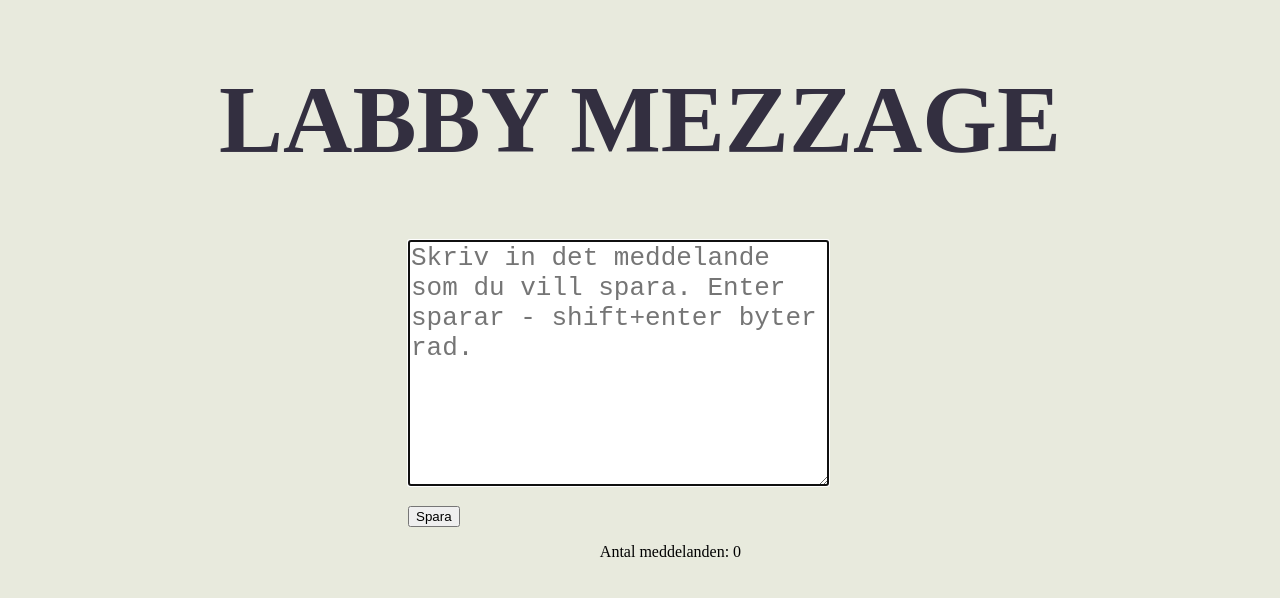
Repository: em222mt/1dv403-laborationer
Page: 2-labbymezzage/Index.html
The author's editor kept a record of every edit. The page is drawn from the files as they stood at one moment, then again after the next edit.
The browser window is 1280 px wide. The pictures show the whole page.

Above is the page before.

### 2-labbymezzage/Index.html
<!DOCTYPE html>
<html lang="sv">
<head>
	<meta charset="UTF-8" />
 	<title>Labby Mezzage</title>
    <link rel="stylesheet" href="css/style.css">
</head>
    <body>
        <header id="header">
            <h1>LABBY MEZZAGE</h1>
        </header>

        <main>
            <div id="container">
                <section id="mainsection">
            		<form action="post" name="form">
                        <textarea id="formtext" cols="25" rows="8"></textarea>
                        <p id="value"></p>
                        <input id="send" type="button" value="Spara" />
                    </form>
                </section>
            </div>

            <div id="container2">
                <aside id="messagearea">

                </aside>
            </div>
            <div id="counterDiv">
                <p id="counter"></p>
            </div>
        </main>

    	<script src="js/Message.js"></script>
    	<script src="js/MessageBoard.js"></script>

    </body>
</html>

### 2-labbymezzage/css/style.css
/*Layout*/

article, aside, details, figcaption, figure,
footer, header, hgroup, main, menu, nav{

    background-color: #E8EADD;
}

/*Container*/

h1 {
    font-weight: bold;
    text-align: center;
    color: #332F40;
    font-size: 6em;
    /*font-family: Comic Sans, Comic Sans MS, cursive;*/
}

#header {
    font-family: 'Concert One', cursive;
}

body{
    background-color: #E8EADD;
}

#messagearea {
    float: left;
    background-color: white;
    width: 450px;
    /*min-height: auto;*/
}

form{
    max-width: 50%;
}
#mainsection{
    max-width: 50%;
    margin: 0px 0px 0px 400px;
}
#container{
    float: left;
    width: 50%;
    height: 100%;
}
#container2{
    float: left;
    width: 50%;
}

#formtext{
    font-size: 2em;
}

.messageContainer{
    width: 98%;
    float: left;
    background-color: #A8C4B4;
    border: 1px solid black;
    margin: 3px 3px 3px 3px;
}

.textContainer{
    width: 85%;
    float: left;
    font-size: 1.2em;
}

.time{
    text-indent: 13px;
}

.detailsContainer{
    width: 15%;
    float: left;
    text-indent: 8px;
    font-size: 0.8em;
    margin-top: 10px;
}
.input{
    max-width: 85%;
    word-break: break-all;
    margin-left: 10px;
}

img{
    margin-right: 5px;
    width:24px;
    height:24px;
}

#counterDiv{
    float: right;
    margin-right: 42%;
}

### 2-labbymezzage/js/Message.js
'use strict';
// Konstruktorfunktion för att skapa ett meddelandeobjekt.
function Message(message, date){

    this.getText = function(){
        return message;
    };

    this.setText = function(_text){
        message = _text;
    };

    this.getDate = function(){
        return date;
    };

    this.setDate = function(_date){
        date = _date;
    };
}
// Hämtar texten och ersätter </br> med \n.
Message.prototype.getHTMLText = function(){
    return this.getText().replace(/[\n\r]/g, "</br>");
};
// Hämtar tiden då ett meddelande skrevs...
Message.prototype.getDateText = function(){
    var now = this.getDate();
    var seconds = now.getSeconds();
    var minutes = now.getMinutes();
    var hours = now.getHours();
    //...och returnerar en formaterad sträng då sekunder och minuter är mindre än 10.
    return hours + ":" + (minutes < 10 ? '0' : '') + minutes + ":" + (seconds < 10 ? '0' : '') + seconds;

};
// Hämtar en tidsstämpel med datum och tid.
Message.prototype.getTimeDetails = function(){
    var date = this.getDate();
    var day = date.getDate();
    var month = date.getMonth();
    var year = date.getFullYear();

    return "Postat den " + year + "/" + (month + 1) + "/" + day + " " + this.getDateText();
};

### 2-labbymezzage/js/MessageBoard.js
'use strict';

var MessageBoard = {
    // Variabel för meddelanden
    messages: [],

    init: function(){
        // Anropar count och sätter räknaren till 0.
        MessageBoard.countMessages();
        // Skapar ett meddelande då Spara-knappen klickas.
        var submit = document.getElementById("send");
        submit.onclick = MessageBoard.createMessage;
        // Förklarar sidan funktion för användaren.
        var textBox = document.getElementById("formtext");
        textBox.placeholder = "Skriv in det meddelande som du vill spara. Enter sparar - shift+enter byter rad.";
        // Sätter en blinkande markör i textarean.
        textBox.focus();
        // Skapar ett meddelande då entertangenten trycks.
        textBox.onkeypress = function(e){
		if(!e){ e=window.event; }
		    if(e.keyCode == 13 && !e.shiftKey){
		        e.preventDefault();
		        MessageBoard.createMessage();
		    }
        };
    },
    // Skapar ett meddelandeobjekt om inte rutan är tom.
    createMessage: function(){
        if (document.getElementById("formtext").value === "") {
            return false;
        }
        var input = document.getElementById("formtext");
        MessageBoard.messages.push( new Message(input.value, new Date()) );
        MessageBoard.renderMessages();
    },

    // Rendera alla meddelanden
    renderMessages: function(){
        //Tar bort alla meddelanden och skriver ut dom igen.
        document.getElementById("messagearea").innerHTML = "";
        for (var i = 0; i < MessageBoard.messages.length; ++i){
        MessageBoard.renderMessage(i);
        }
        //Tömmer meddelanderutan och sätter en blinkande markör.
        document.form.formtext.value = "";
        document.form.formtext.focus();
    },
    // Skriver ut ett meddelande och skapar en struktur för style.css.
    renderMessage: function(messageID){

        var input = document.createElement("p");
        input.className = "input";
        input.innerHTML = MessageBoard.messages[messageID].getHTMLText();

        var textContainer = document.createElement("div");
        textContainer.className = ("textContainer");
        textContainer.appendChild(input);

        var time = document.createElement("p");
        time.className = "time";
        time.innerHTML = MessageBoard.messages[messageID].getDateText();

		var imageClock = document.createElement("a");
		imageClock.setAttribute("href", "#");
		imageClock.innerHTML = '<img src="pics/clock.png" title="Se när meddelandet skapades." alt="Clock" />';

		var imageRemove = document.createElement("a");
		imageRemove.setAttribute("href", "#");
		imageRemove.innerHTML = '<img src="pics/delete.png" title="Ta bort det här meddelandet." alt="Delete" />';

        var detailsContainer = document.createElement("div");
        detailsContainer.className = "detailsContainer";
		detailsContainer.appendChild(imageClock);
		detailsContainer.appendChild(imageRemove);
		detailsContainer.appendChild(time);

        var messageContainer = document.createElement("div");
        messageContainer.className = "messageContainer";
        messageContainer.appendChild(textContainer);
        messageContainer.appendChild(detailsContainer);

		var container = document.getElementById("messagearea");
		container.appendChild(messageContainer);

		MessageBoard.countMessages();

		// Gör bilderna klickbara.
		imageRemove.onclick = function(){
		    if (window.confirm("Vill du ta bort detta meddelande?")){
		    MessageBoard.removeMessage(messageID);
		    }
		};

		imageClock.onclick = function(){
		  MessageBoard.getTimestamp(messageID);
		};
    },
    // Raderar ett meddelande och sätter räknaren rätt.
    removeMessage: function(messageID){
        MessageBoard.messages.splice(messageID, 1);

        MessageBoard.countMessages();

        MessageBoard.renderMessages();
    },
    // Hämtar den exakt tiden då meddelandet skapades och visar det för användaren i en alertruta.
    getTimestamp: function(messageID){
        alert(MessageBoard.messages[messageID].getTimeDetails());
    },

    // Sätter räknare för antalet meddelanden.
    countMessages: function(){
        var counter = document.getElementById("counter");
        counter.innerHTML = "Antal meddelanden: " + MessageBoard.messages.length;
    }

};
// Kör scripten då sidan är färdigladdad.
window.onload = MessageBoard.init;

After the next edit:
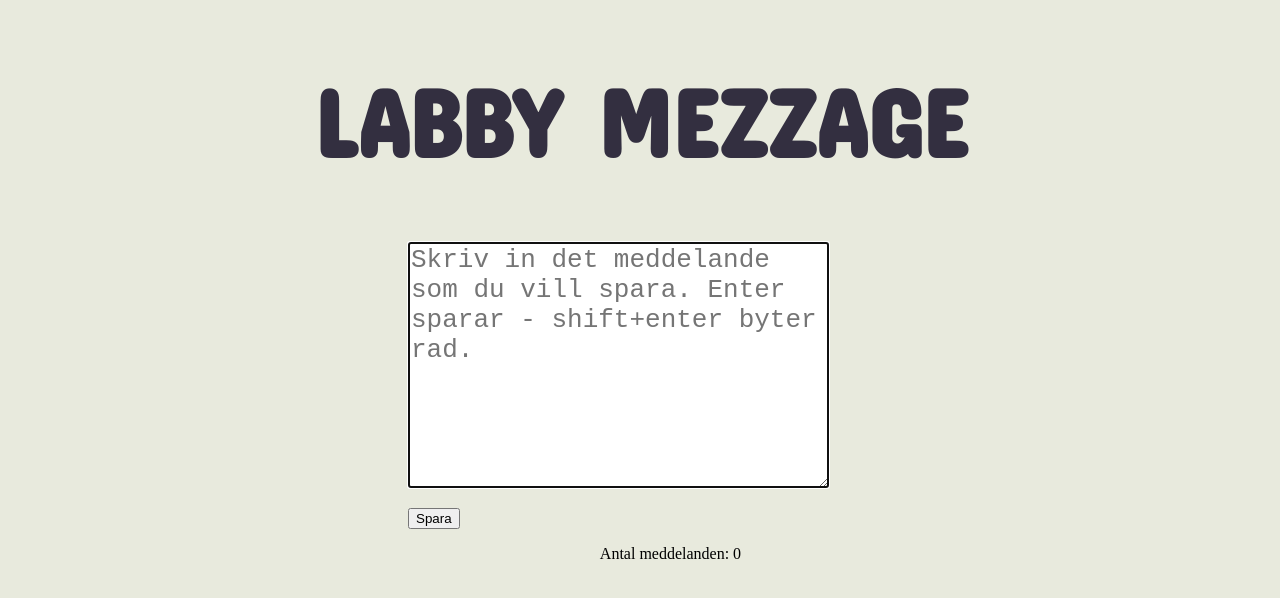
The edit:
--- a/2-labbymezzage/Index.html
+++ b/2-labbymezzage/Index.html
@@ -3,6 +3,7 @@
 <head>
 	<meta charset="UTF-8" />
  	<title>Labby Mezzage</title>
+ 	<link href='http://fonts.googleapis.com/css?family=Concert+One' rel='stylesheet' type='text/css'>
     <link rel="stylesheet" href="css/style.css">
 </head>
     <body>
